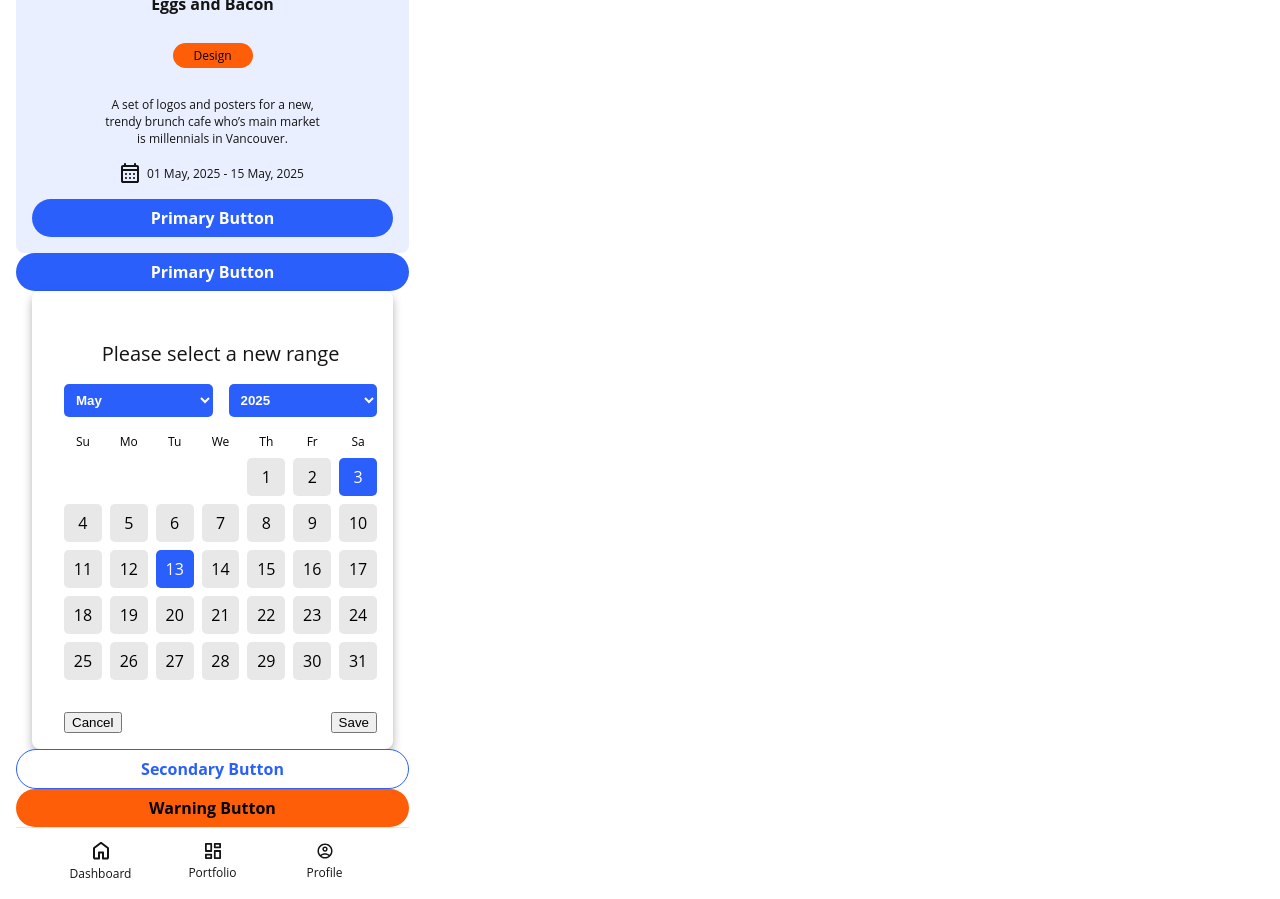
Repository: brunaguarizo/mosaic_app
Page: /
An editor plug-in stored every save of this project. The page is shown before and after a run of saves, followed by the edit.
The browser window is 1280 px wide. The pictures show the whole page.
The project was rebuilt for these pictures with package versions that can differ from the ones it lists, and the page was loaded fresh each time. The framework's server and built-in components were replaced by stand-ins that run in the browser. Also part of the build but not shown: next.config.mjs.

Above is the page before, as saved 2025-04-18 10:56:28.

### app/page.js
import Navbar from "./_ui/Navbar/Navbar";
import ProjectCard from "./_ui/Project_card/Project_card";
import Button from "./_ui/Button/Button";
import DatePicker from "./_ui/Date_PopUp/Date_PopUp";

export default function Home() {
    return (
        <div>
            <ProjectCard />

            <Button
                value='Primary Button'
                type='primary'
                //onClick={}
            />
            <DatePicker />

            <Button
                value='Secondary Button'
                type='secondary'
                //onClick={}
            />

            <Button
                value='Warning Button'
                type='warning'
                //onClick={}
            />
            <Navbar />
        </div>
    );
}

### app/globals.css
/* ------------------------------------------------------ GENERAL STYLES ------------------------------------------------------ */
*,
*::before,
*::after {
    box-sizing: inherit;
}

html,
body {
    padding: 0;
    margin: 0;
    font-family: var(--font-family);
    box-sizing: border-box;
}

html {
    display: flex;
    justify-content: center;
    align-items: center;
    width: 393px;
    height: 100%;
    margin: var(--space-regular);
}

.container {
}

.two-column {
    display: grid;
    grid-template-columns: 1fr 1fr;
    gap: var(--space-large);
}

/* ------------------------------------------------------ VARIABLES ------------------------------------------------------ */
:root {
    /* ----- COLORS ----- */
    --blue-primary: rgb(43, 95, 252);
    --blue-50: rgb(234, 239, 255);
    --blue-900: rgb(18, 40, 106);
    --white: #ffffff;
    --black: rgb(20, 20, 20);
    --grey-400: rgb(67, 67, 67);
    --yellow-secondary: rgb(255, 218, 1);
    --orange-secondary: rgb(255, 94, 9);
    --green-secondary: rgb(0, 193, 79);
    --purple-secondary: rgb(154, 65, 255);

    /* ----- TYPE ----- */
    --font-family: "Open Sans", sans-serif;

    --header-xxlarge-size: 88px;
    --title-section-font-size: 30px;
    --button-font-size: 24px;
    --body-text-font-size: 20px;
    --menu-font-size: 16px;
    --label-font-size: 12px;

    --font-style-normal: normal;
    --font-weight-bold: bold;

    --line-height-xxlarge: 100px;
    --line-height-large: 36px;
    --line-height-medium: 28px;
    --line-height-small: 20px;

    /* ----- SPACING ----- */
    --space-small: 8px;
    --space-regular: 16px;
    --space-medium: 32px;
    --space-large: 48px;
    --space-extra-large: 140px;
}

### app/_ui/Button/Button.js
// type: primary, secondary, warning
// disabled: boolean
// icon: icon
// size: small / default / large
// value: text
// onClick: function

import styles from "./Button.module.css";
import classNames from "classnames";

export default function Button({
    type,
    isDisabled = false,
    icon,
    size,
    value,
    onClick,
}) {
    const buttonClasses = classNames(styles.button, {
        [styles.small]: size === "small",
        [styles.large]: size === "large",
        [styles.primary]: type === "primary",
        [styles.secondary]: type === "secondary",
        [styles.disabled]: isDisabled,
        [styles.error]: type === "warning",
    });

    return (
        <input
            className={buttonClasses}
            type='button'
            value={value}
            onClick={onClick}
        />
    );
}

### app/_ui/Date_PopUp/Date_PopUp.js
"use client";

import { useState } from "react";
import styles from "./Date_PopUp.module.css";

const months = [
    "January",
    "February",
    "March",
    "April",
    "May",
    "June",
    "July",
    "August",
    "September",
    "October",
    "November",
    "December",
];

const years = [2025, 2026, 2027, 2028, 2029, 2020];

export default function DatePicker() {
    const [selectedMonth, setSelectedMonth] = useState(4); // May
    const [selectedYear, setSelectedYear] = useState(2025);
    const [selectedDates, setSelectedDates] = useState([3, 13]);

    const generateCalendar = () => {
        const firstDay = new Date(selectedYear, selectedMonth, 1).getDay();
        const daysInMonth = new Date(
            selectedYear,
            selectedMonth + 1,
            0
        ).getDate();

        const blanks = Array(firstDay).fill(null);
        const days = Array.from({ length: daysInMonth }, (_, i) => i + 1);

        return [...blanks, ...days];
    };

    const handleDateClick = (day) => {
        if (!day) return;
        const updated = [...selectedDates];
        if (updated.length === 2) updated.length = 0;
        updated.push(day);
        setSelectedDates(updated.sort((a, b) => a - b));
    };

    return (
        <div className={styles.popupContainer}>
            <div className={styles.popup}>
                <h2 className={styles.title}>Please select a new range</h2>
                <div className={styles.selects}>
                    <select
                        className={styles.select}
                        value={selectedMonth}
                        onChange={(e) =>
                            setSelectedMonth(Number(e.target.value))
                        }>
                        {months.map((month, idx) => (
                            <option
                                key={month}
                                value={idx}>
                                {month}
                            </option>
                        ))}
                    </select>
                    <select
                        className={styles.select}
                        value={selectedYear}
                        onChange={(e) =>
                            setSelectedYear(Number(e.target.value))
                        }>
                        {years.map((year) => (
                            <option
                                key={year}
                                value={year}>
                                {year}
                            </option>
                        ))}
                    </select>
                </div>
                <div className={styles.calendar}>
                    {["Su", "Mo", "Tu", "We", "Th", "Fr", "Sa"].map((day) => (
                        <div
                            key={day}
                            className={styles.dayLabel}>
                            {day}
                        </div>
                    ))}
                    {generateCalendar().map((day, idx) => (
                        <div
                            key={idx}
                            className={`${styles.dayCell} ${
                                selectedDates.includes(day)
                                    ? styles.selected
                                    : ""
                            } ${!day ? styles.empty : ""}`}
                            onClick={() => handleDateClick(day)}>
                            {day || ""}
                        </div>
                    ))}
                </div>
                <div className={styles.actions}>
                    <button className={styles.cancel}>Cancel</button>
                    <button className={styles.save}>Save</button>
                </div>
            </div>
        </div>
    );
}

### app/_ui/navbar/Navbar.module.css
.nav {
    width: 393px;
    height: 72px;
    justify-content: center;
    align-items: center;
    display: flex;
    flex-direction: row;
    padding: 0;
    margin: 0;
    gap: var(--space-large);
    border-top: 1px solid var(--grey-50);
}

.navbar__item {
    display: flex;
    flex-direction: column;
    justify-content: center;
    align-items: center;
    gap: 4px;
    text-decoration: none;
    width: 60px;
    height: 44px;
    padding-left: 32px;
    padding-right: 32px;
    margin: 0;
}

.navbar__icon {
    max-width: 16px;
    padding: 0;
    margin: 0;
    fill: var(--black);
}

.navbar__text {
    color: var(--black);
    font-size: var(--label-font-size);
    font-weight: var(--font-weight-400);
    line-height: var(--line-height-small);
    text-decoration: none;
    padding: 0;
    margin: 0;
}

.navbar__item:hover .navbar__text,
.navbar__item:hover .navbar__icon,
.navbar__item:active .navbar__text,
.navbar__item:active .navbar__icon {
    color: var(--blue-primary);
    fill: var(--blue-primary);
}

/* ------------------------------------------------------ VARIABLES ------------------------------------------------------ */
:root {
    /* ----- COLORS ----- */
    --blue-primary: rgb(43, 95, 252);
    --blue-50: rgb(234, 239, 255);
    --blue-100: #bdcdfe;
    --blue-900: rgb(18, 40, 106);
    --white: #ffffff;
    --black: rgb(20, 20, 20);
    --grey-400: rgb(67, 67, 67);
    --yellow-secondary: rgb(255, 218, 1);
    --orange-secondary: rgb(255, 94, 9);
    --green-secondary: rgb(0, 193, 79);
    --purple-secondary: rgb(154, 65, 255);

    /* ----- TYPE ----- */
    --font-family: "Open Sans", sans-serif;

    --font-size-extra-large: 30px;
    --font-size-large: 24px;
    --font-size-medium: 20px;
    --font-size-regular: 16px;
    --font-size-small: 12px;

    --font-style-normal: normal;
    --font-weight-bold: bold;

    --line-height-xxlarge: 100px;
    --line-height-large: 36px;
    --line-height-medium: 28px;
    --line-height-small: 20px;

    /* ----- SPACING ----- */
    --space-small: 8px;
    --space-regular: 16px;
    --space-medium: 32px;
    --space-large: 48px;
    --space-extra-large: 140px;
}

### app/_ui/Project_card/Project_card.module.css
.card__container {
    display: flex;
    flex-direction: column;
    justify-content: center;
    align-items: center;
    background-color: var(--blue-50);
    border-radius: var(--space-small);
    padding: var(--space-regular);
    gap: var(--space-regular);
}

.card__menu {
    width: 100%;
    display: flex;
    justify-content: flex-end;
    padding: 0;
    margin: 0;
}

.card__icon {
    fill: var(--blue-primary);
    padding: 0;
    margin: 0;

    &:hover {
        fill: var(--blue-900);
    }
}

.card__title {
    font-family: var(--font-family);
    font-size: var(--font-size-regular);
    font-weight: var(--font-weight-bold);
    color: var(--black);
    padding: 0;
    margin: 0;
}

.card__text {
    font-family: var(--font-family);
    font-size: var(--font-size-small);
    font-weight: var(--font-weight-regular);
    color: var(--black);
    text-align: center;
    padding: 0;
    margin: 0;
    max-width: 220px;
}

.date {
    display: flex;
    align-items: center;
    gap: var(--space-small);
    padding: 0;
    margin: 0;
}

.date__icon {
    fill: var(--black);
    padding: 0;
    margin: 0;
}

/* ------------------------------------------------------ VARIABLES ------------------------------------------------------ */
:root {
    /* ----- COLORS ----- */
    --blue-primary: rgb(43, 95, 252);
    --blue-50: rgb(234, 239, 255);
    --blue-100: #bdcdfe;
    --blue-900: rgb(18, 40, 106);
    --white: #ffffff;
    --black: rgb(20, 20, 20);
    --grey-400: rgb(67, 67, 67);
    --yellow-secondary: rgb(255, 218, 1);
    --orange-secondary: rgb(255, 94, 9);
    --green-secondary: rgb(0, 193, 79);
    --purple-secondary: rgb(154, 65, 255);

    /* ----- TYPE ----- */
    --font-family: "Open Sans", sans-serif;

    --font-size-extra-large: 30px;
    --font-size-large: 24px;
    --font-size-medium: 20px;
    --font-size-regular: 16px;
    --font-size-small: 12px;

    --font-style-normal: normal;
    --font-weight-bold: bold;

    --line-height-xxlarge: 100px;
    --line-height-large: 36px;
    --line-height-medium: 28px;
    --line-height-small: 20px;

    /* ----- SPACING ----- */
    --space-small: 8px;
    --space-regular: 16px;
    --space-medium: 32px;
    --space-large: 48px;
    --space-extra-large: 140px;
}

### app/_ui/Tag/Tag.js
import styles from "./Tag.module.css";

function Tag() {
    return <p className={styles.tag}>Design</p>;
}

export default Tag;

### app/_ui/Button/Button.module.css
.button {
    font-family: var(--font-family);
    font-size: var(--font-size-regular);
    font-weight: var(--font-weight-bold);
    width: 100%;
    padding-top: var(--space-small);
    padding-left: var(--space-regular);
    padding-right: var(--space-regular);
    padding-bottom: var(--space-small);
    border-radius: 100px;
    align-items: center;
    border: none;

    &:hover {
        background-color: var(--blue-900);
        color: var(--white);
    }
}

.primary {
    background: var(--blue-primary);
    color: var(--white);
}

.secondary {
    background-color: var(--white);
    border: 1px solid var(--blue-primary);
    color: var(--blue-primary);
}

.disabled {
    pointer-events: none;
    color: var(--white);
    background-color: var(--blue-100);
}

.small {
    font-size: var(--font-size-small);
    padding: var(--space-small);
    align-items: center;
}

.large {
    font-size: var(--font-size-large);
    padding: var(--space-regular);
}

.error {
    background-color: var(--orange-secondary);
}

/* ------------------------------------------------------ VARIABLES ------------------------------------------------------ */
:root {
    /* ----- COLORS ----- */
    --blue-primary: rgb(43, 95, 252);
    --blue-50: rgb(234, 239, 255);
    --blue-100: #bdcdfe;
    --blue-900: rgb(18, 40, 106);
    --white: #ffffff;
    --black: rgb(20, 20, 20);
    --grey-400: rgb(67, 67, 67);
    --yellow-secondary: rgb(255, 218, 1);
    --orange-secondary: rgb(255, 94, 9);
    --green-secondary: rgb(0, 193, 79);
    --purple-secondary: rgb(154, 65, 255);

    /* ----- TYPE ----- */
    --font-family: "Open Sans", sans-serif;

    --font-size-extra-large: 30px;
    --font-size-large: 24px;
    --font-size-medium: 20px;
    --font-size-regular: 16px;
    --font-size-small: 12px;

    --font-style-normal: normal;
    --font-weight-bold: bold;

    --line-height-xxlarge: 100px;
    --line-height-large: 36px;
    --line-height-medium: 28px;
    --line-height-small: 20px;

    /* ----- SPACING ----- */
    --space-small: 8px;
    --space-regular: 16px;
    --space-medium: 32px;
    --space-large: 48px;
    --space-extra-large: 140px;
}

### app/_ui/Date_PopUp/Date_PopUp.module.css
.popupContainer {
    display: flex;
    justify-content: center;
    align-items: center;
}

.popup {
    background-color: var(--white);
    padding: var(--space-medium) var(--space-regular) var(--space-regular)
        var(--space-medium);
    border-radius: var(--space-small);
    box-shadow: 0 5px 10px rgba(0, 0, 0, 0.3);
    font-family: var(--font-family);
    width: 361px;
    gap: var(--space-regular);
}

.title {
    font-size: var(--font-size-medium);
    font-weight: var(--font-weight-regular);
    color: var(--black);
    text-align: center;
}

.selects {
    display: flex;
    gap: var(--space-regular);
    margin-bottom: var(--space-regular);
}

.select {
    flex: 1;
    padding: var(--space-small);
    background-color: var(--blue-primary);
    color: var(--white);
    font-weight: var(--font-weight-bold);
    border: none;
    border-radius: 5px;
    cursor: pointer;
}

.calendar {
    display: grid;
    grid-template-columns: repeat(7, 1fr);
    gap: var(--space-small);
    text-align: center;
    margin-bottom: var(--space-medium);
}

.dayLabel {
    font-weight: var(--font-weight-regular);
    font-size: var(--font-size-small);
    color: black;
}

.dayCell {
    padding: var(--space-small);
    border-radius: 5px;
    font-size: var(--font-size-regular);
    background-color: var(--grey-50);
    cursor: pointer;
    user-select: none;
}

.dayCell:hover {
    background-color: var(--blue-100);
}

.selected {
    background-color: var(--blue-primary);
    color: var(--white);
}

.empty {
    background: none;
    pointer-events: none;
}

.actions {
    display: flex;
    justify-content: space-between;
}

/* ------------------------------------------------------ VARIABLES ------------------------------------------------------ */
:root {
    /* ----- COLORS ----- */
    --blue-primary: rgb(43, 95, 252);
    --blue-50: rgb(234, 239, 255);
    --blue-100: #bdcdfe;
    --blue-900: rgb(18, 40, 106);
    --white: #ffffff;
    --black: rgb(20, 20, 20);
    --grey-400: rgb(67, 67, 67);
    --grey-50: #e8e8e8;
    --yellow-secondary: rgb(255, 218, 1);
    --orange-secondary: rgb(255, 94, 9);
    --green-secondary: rgb(0, 193, 79);
    --purple-secondary: rgb(154, 65, 255);

    /* ----- TYPE ----- */
    --font-family: "Open Sans", sans-serif;

    --font-size-extra-large: 30px;
    --font-size-large: 24px;
    --font-size-medium: 20px;
    --font-size-regular: 16px;
    --font-size-small: 12px;

    --font-style-normal: normal;
    --font-weight-bold: bold;

    --line-height-xxlarge: 100px;
    --line-height-large: 36px;
    --line-height-medium: 28px;
    --line-height-small: 20px;

    /* ----- SPACING ----- */
    --space-small: 8px;
    --space-regular: 16px;
    --space-medium: 32px;
    --space-large: 48px;
    --space-extra-large: 140px;
}

### app/_ui/Tag/Tag.module.css
.tag {
    font-family: var(--font-family);
    font-size: var(--font-size-small);
    font-weight: var(--font-weight-regular);
    width: 80px;
    padding: var(--space-extra-small);
    border-radius: 100px;
    border: none;
    background-color: var(--orange-secondary);

    display: flex;
    justify-content: center;
    align-items: center;
    text-align: center;
}

/* ------------------------------------------------------ VARIABLES ------------------------------------------------------ */
:root {
    /* ----- COLORS ----- */
    --blue-primary: rgb(43, 95, 252);
    --blue-50: rgb(234, 239, 255);
    --blue-100: #bdcdfe;
    --blue-900: rgb(18, 40, 106);
    --white: #ffffff;
    --black: rgb(20, 20, 20);
    --grey-400: rgb(67, 67, 67);
    --yellow-secondary: rgb(255, 218, 1);
    --orange-secondary: rgb(255, 94, 9);
    --green-secondary: rgb(0, 193, 79);
    --purple-secondary: rgb(154, 65, 255);

    /* ----- TYPE ----- */
    --font-family: "Open Sans", sans-serif;

    --font-size-extra-large: 30px;
    --font-size-large: 24px;
    --font-size-medium: 20px;
    --font-size-regular: 16px;
    --font-size-small: 12px;

    --font-style-normal: normal;
    --font-weight-bold: bold;

    --line-height-xxlarge: 100px;
    --line-height-large: 36px;
    --line-height-medium: 28px;
    --line-height-small: 20px;

    /* ----- SPACING ----- */
    --space-extra-small: 4px;
    --space-small: 8px;
    --space-regular: 16px;
    --space-medium: 32px;
    --space-large: 48px;
    --space-extra-large: 140px;
}

Loaded but not shown: app/layout.js (common file); app/_ui/Project_card/Project_card.js (67 lines, source omitted); app/_ui/navbar/Navbar.js (56 lines, source omitted)

After the next 3 saves:
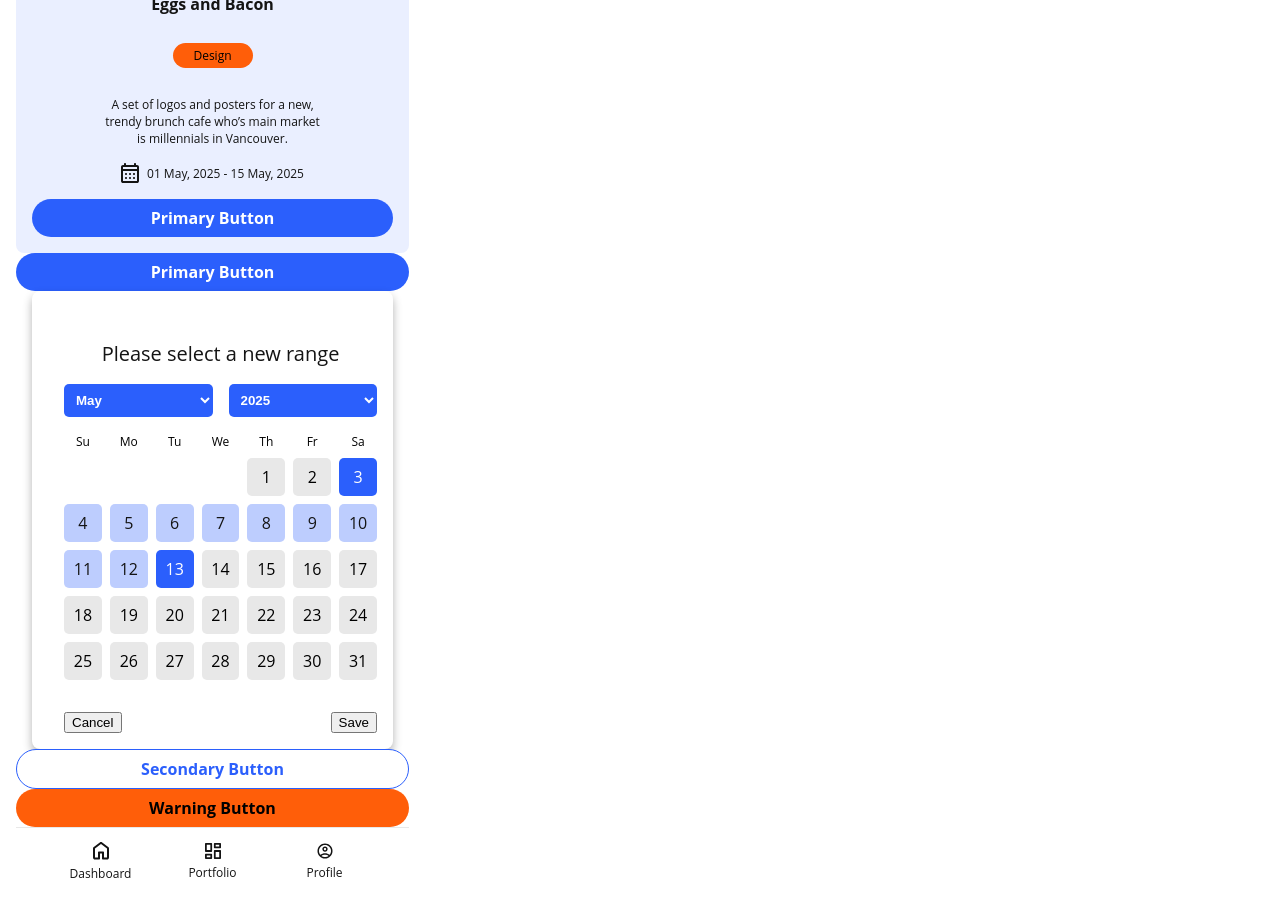
The 3 saves are shown as one change because 2 did not build or start.
The last was saved 94 s later.
--- a/app/_ui/Date_PopUp/Date_PopUp.js
+++ b/app/_ui/Date_PopUp/Date_PopUp.js
@@ -20,7 +20,7 @@ const months = [
 
 const years = [2025, 2026, 2027, 2028, 2029, 2020];
 
-export default function DatePicker() {
+export default function DateRangePicker() {
     const [selectedMonth, setSelectedMonth] = useState(4); // May
     const [selectedYear, setSelectedYear] = useState(2025);
     const [selectedDates, setSelectedDates] = useState([3, 13]);
@@ -45,6 +45,11 @@ export default function DatePicker() {
         if (updated.length === 2) updated.length = 0;
         updated.push(day);
         setSelectedDates(updated.sort((a, b) => a - b));
+    };
+
+    const isInRange = (day) => {
+        if (!day || selectedDates.length < 2) return false;
+        return day > selectedDates[0] && day < selectedDates[1];
     };
 
     return (
@@ -92,11 +97,12 @@ export default function DatePicker() {
                     {generateCalendar().map((day, idx) => (
                         <div
                             key={idx}
-                            className={`${styles.dayCell} ${
-                                selectedDates.includes(day)
-                                    ? styles.selected
-                                    : ""
-                            } ${!day ? styles.empty : ""}`}
+                            className={`
+                ${styles.dayCell}
+                ${selectedDates.includes(day) ? styles.selected : ""}
+                ${isInRange(day) ? styles.inRange : ""}
+                ${!day ? styles.empty : ""}
+              `}
                             onClick={() => handleDateClick(day)}>
                             {day || ""}
                         </div>
--- a/app/_ui/Date_PopUp/Date_PopUp.module.css
+++ b/app/_ui/Date_PopUp/Date_PopUp.module.css
@@ -71,6 +71,11 @@
     color: var(--white);
 }
 
+.inRange {
+    background-color: var(--blue-100);
+    color: var(--black);
+}
+
 .empty {
     background: none;
     pointer-events: none;
